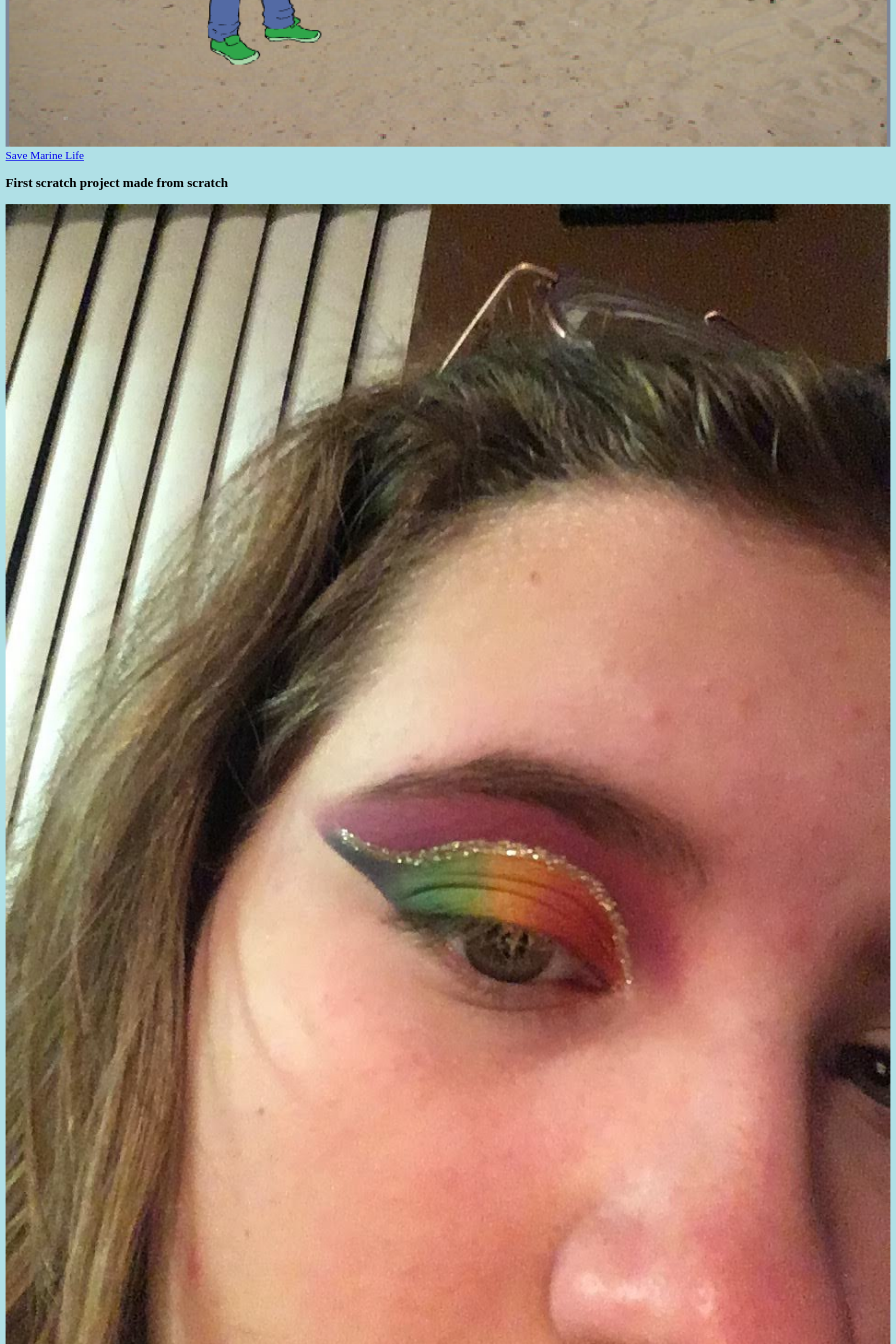
Repository: EMcmurray1862/emcmurray1862.github.io
Page: my_website/portfolio.html
The author's editor kept a record of every edit. The page is drawn from the files as they stood at one moment, then again after the next edit.
The browser window is 1280 px wide. The pictures show the part of the page from y = 881 to 2801 px (the page is 6968 px tall before and 6959 px after), at 70% of full size.

Above is the page before.

After the next edit:
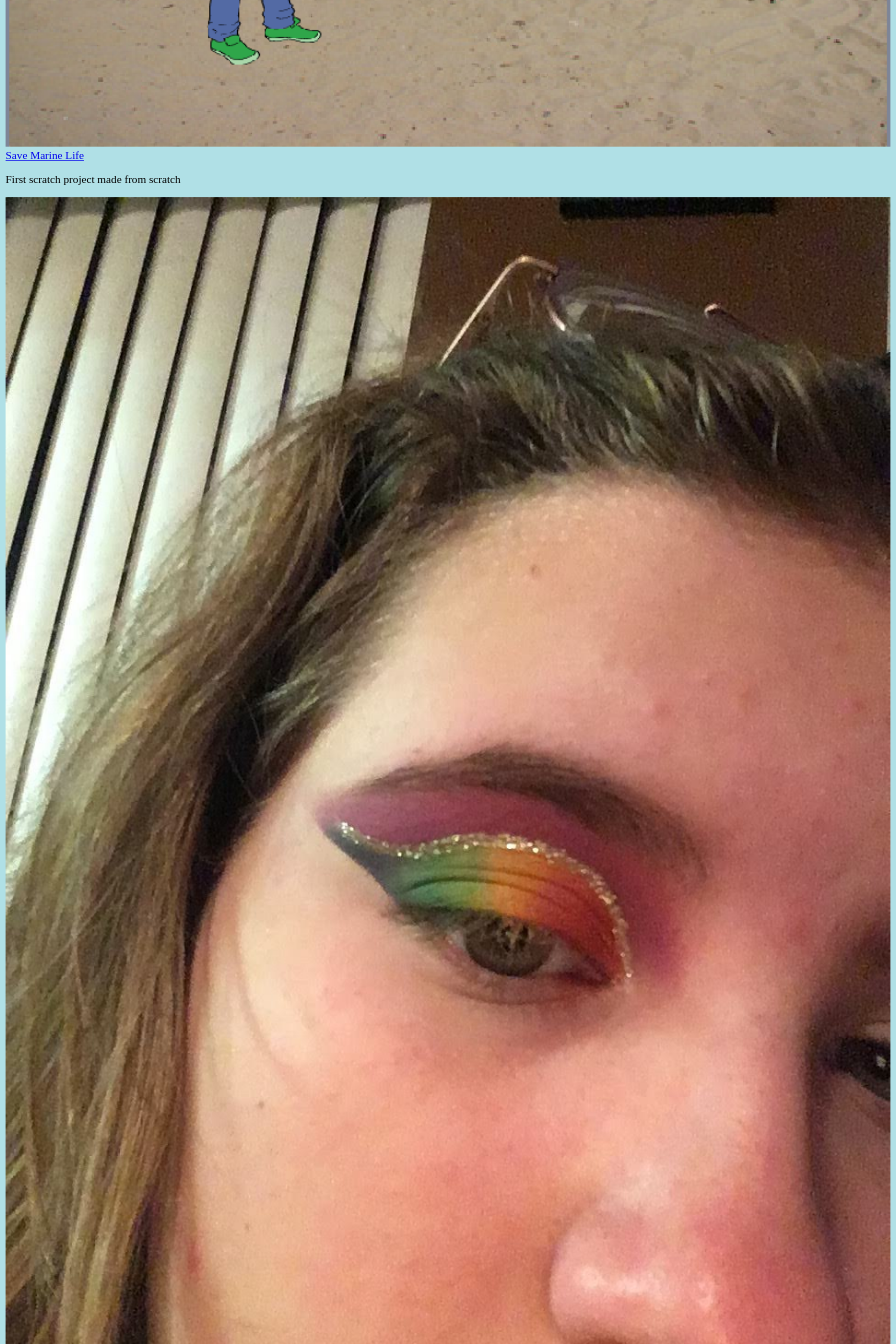
The edit:
--- a/my_website/portfolio.html
+++ b/my_website/portfolio.html
@@ -21,7 +21,7 @@
     <div class="content">
     <img src="images/scratch.PNG" style="width:100%" "length:200%">
       <a href="https://scratch.mit.edu/projects/326744008/">Save Marine Life</a>
-      <h3>First scratch project made from scratch </h3>
+      <p>First scratch project made from scratch </p>
     </div>
   </div>
   <div class="column">
